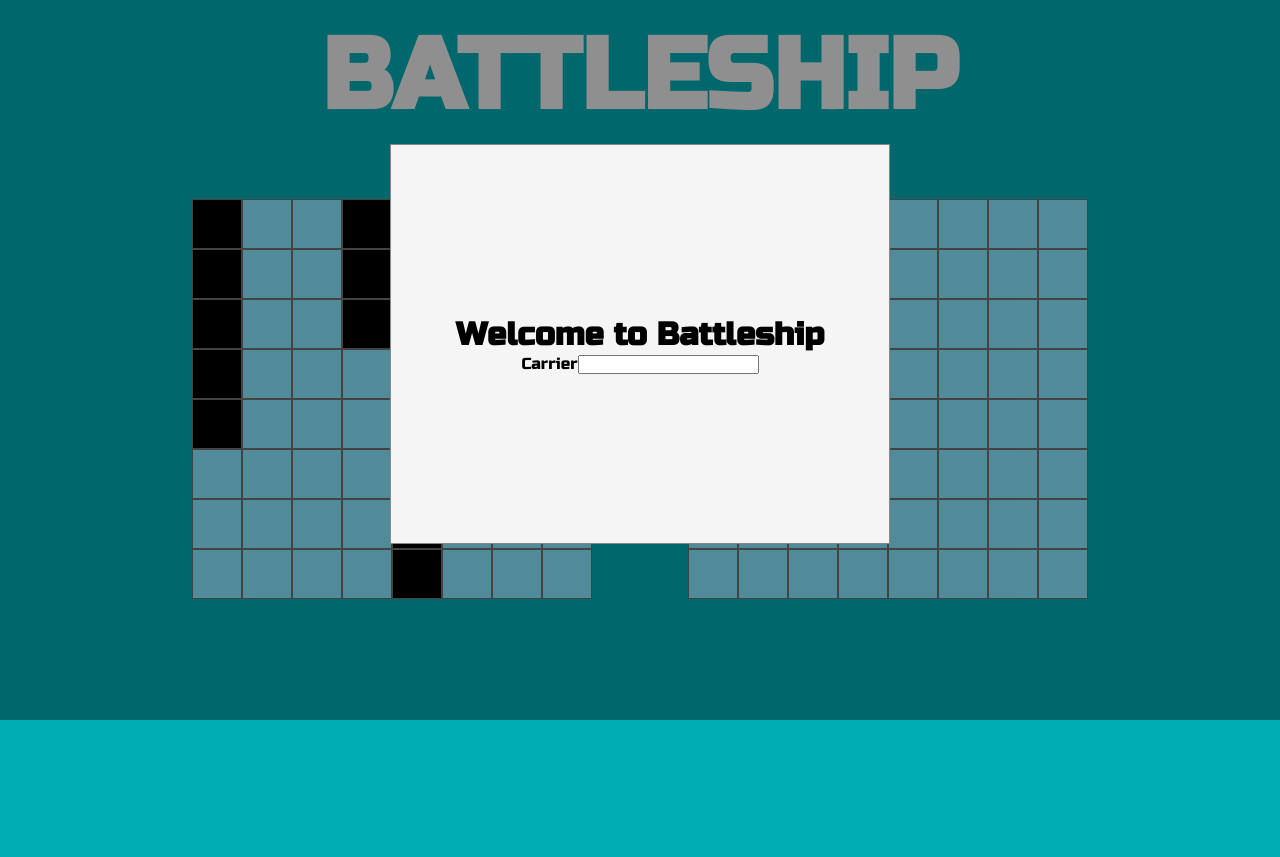
Repository: AzharMoosa/battleship
Page: /
These files come from the project's save history. The page is drawn as it stood at one moment and after the next save; the edit follows.
The browser window is 1280 px wide. The pictures show the whole page.
The project was rebuilt for these pictures with package versions that can differ from the ones it lists, and the page was loaded fresh each time.

Above is the page before, as saved 2020-07-09 10:06:47.

### src/App.js
import React from "react";
import Header from "./components/Header";
import Board from "./components/Board";
import { PlayersProvider } from "./context/PlayersContext";
import "./App.css";

function App() {
  return (
    <PlayersProvider>
      <div>
        <Header />
        <Board />
      </div>
    </PlayersProvider>
  );
}

export default App;

### src/components/Header.js
import React from "react";

const Header = () => {
  return (
    <div className='header'>
      <h1>Battleship</h1>
    </div>
  );
};

export default Header;

### src/components/Board.js
import React, { useState, Fragment } from "react";
import Square from "./Square";
import PlainSquare from "./PlainSquare";
import Player from "../functions/Player";
import Gameboard from "../functions/Gameboard";
import Overlay from "./Overlay";
import HitMiss from "./HitMiss";
import PlaceShip from "./PlaceShip";
import { v4 as uuidv4 } from "uuid";

const Board = () => {
  // eslint-disable-next-line
  const [player, setPlayer] = useState(Player(false));
  // eslint-disable-next-line
  const [computer, setComputer] = useState(Player(true));
  const [playerBoard, setPlayerBoard] = useState(Gameboard());
  const [computerBoard, setComputerBoard] = useState(Gameboard());
  const [playerTurn, setPlayerTurn] = useState(true);

  const getOutcome = (hit) => {
    let outcome = document.querySelector(".hit-miss-outcome");
    if (hit === true) {
      outcome.innerHTML = "Hit!";
    } else {
      outcome.innerHTML = "Miss!";
    }
  };

  const startGame = () => {
    playerBoard.placeShip(0, 0, player.ships[0], 1);
    playerBoard.placeShip(4, 4, player.ships[1], 1);
    playerBoard.placeShip(3, 0, player.ships[2], 1);
    playerBoard.placeShip(5, 0, player.ships[3], 1);
    playerBoard.placeShip(7, 0, player.ships[4], 1);

    computerBoard.placeShip(0, 0, computer.ships[0], 0);
    computerBoard.placeShip(4, 2, computer.ships[1], 0);
    computerBoard.placeShip(0, 3, computer.ships[2], 0);
    computerBoard.placeShip(3, 5, computer.ships[3], 0);
    computerBoard.placeShip(0, 7, computer.ships[4], 0);
  };

  const getBoardElm = (elm) => {
    if (elm !== "") {
      return "square ship";
    } else {
      return "square";
    }
  };

  const displayModal = (name) => {
    let modal = document.querySelector(".modal");
    let title = document.querySelector(".winner-name");
    let overlay = document.querySelector(".overlay");
    modal.style.display = "block";
    overlay.style.display = "none";
    if (name === "Computer") {
      title.innerHTML = "Computer Wins";
    } else if (name === "Player") {
      title.innerHTML = "Player Wins";
    }
  };

  const resetGame = () => {
    setPlayer(Player(false));
    setComputer(Player(true));
    setPlayerBoard(Gameboard());
    setComputerBoard(Gameboard());
    setPlayerTurn(true);
    let modal = document.querySelector(".modal");
    let overlay = document.querySelector(".overlay");
    let outcome = document.querySelector(".hit-miss-outcome");
    modal.style.display = "none";
    overlay.style.display = "grid";
    outcome.innerHTML = "";
  };

  const gameOver = () => {
    if (playerBoard.allShipSunk(player.ships)) {
      displayModal("Computer");
    } else if (computerBoard.allShipSunk(computer.ships)) {
      displayModal("Player");
    }
  };

  const attackComputer = (e) => {
    if (playerTurn === true) {
      let updatedBoard = computerBoard;
      // Get Coord
      let coords = e.target.id.split(",");
      let x = coords[1];
      let y = coords[0];
      player.attackEnemy(updatedBoard, parseInt(x), parseInt(y));
      if (computerBoard.grid[x][y] === "") {
        e.target.classList.add("ship-miss");
        getOutcome(false);
      } else {
        e.target.classList.add("ship-hit");
        getOutcome(true);
      }
      setComputerBoard(updatedBoard);
      setPlayerTurn(false);
    }
    computerTurn();
  };

  const computerTurn = () => {
    if (playerTurn === true) {
      let updatedBoard = playerBoard;
      let randomCoords = computer.getRandomCoords();
      let square = document.getElementById(randomCoords);
      let coords = randomCoords.split(",");
      let x = coords[1];
      let y = coords[0];
      computer.computerAttack(updatedBoard, x, y);
      if (playerBoard.grid[x][y] === "") {
        square.classList.add("ship-miss");
      } else {
        square.classList.add("ship-hit");
      }
      gameOver();
      setPlayerBoard(updatedBoard);
      setPlayerTurn(true);
    }
  };

  return (
    <Fragment>
      <PlaceShip />
      <div className='container'>
        <HitMiss />
        <div className='game-boards'>
          {startGame()}
          <div className='game-board'>
            {playerBoard.grid.map((col, j) =>
              col.map((elm, i) => (
                <Square
                  key={uuidv4()}
                  elm={elm}
                  getBoardElm={getBoardElm}
                  id={`${i},${j}`}
                />
              ))
            )}
          </div>

          <div className='comp'>
            <div className='game-board comp-board'>
              {computerBoard.grid.map((col, j) =>
                col.map((elm, i) => (
                  <Square
                    key={uuidv4()}
                    elm={elm}
                    getBoardElm={getBoardElm}
                    attackComputer={attackComputer}
                    id={`${i},${j}`}
                  />
                ))
              )}
            </div>
            <div className='overlay game-board'>
              {computerBoard.grid.map((col, j) =>
                col.map((elm, i) => <PlainSquare key={uuidv4()} />)
              )}
            </div>
          </div>
        </div>
        <Overlay resetGame={resetGame} />
      </div>
    </Fragment>
  );
};

export default Board;

### src/context/PlayersContext.js
import React, { useState, createContext } from "react";
import Player from "../functions/Player";
import Gameboard from "../functions/Gameboard";

export const PlayersContext = createContext();

export const PlayersProvider = (props) => {
  const [players, usePlayers] = useState([
    // Player
    {
      player: Player(false),
      board: Gameboard(),
    },
    // Computer
    {
      player: Player(true),
      board: Gameboard(),
    },
  ]);

  return (
    <PlayersContext.Provider value={[players, usePlayers]}>
      {props.children}
    </PlayersContext.Provider>
  );
};

### src/App.css
@import url("https://fonts.googleapis.com/css2?family=Russo+One&display=swap");

:root {
  --bg-primary: #00adb5;
  --bg-light: #eeeeee;
  --bg-dark: #222831;
}

* {
  margin: 0;
  padding: 0;
  box-sizing: border-box;
}

body {
  font-family: "Russo One", sans-serif;
  background-color: var(--bg-primary);
}

.header {
  text-align: center;
}

.header h1 {
  color: var(--bg-light);
  font-size: 100px;
  text-transform: uppercase;
  margin-top: 1rem;
}

.game-boards {
  display: flex;
  align-items: center;
  justify-content: space-between;
  width: 70%;
  height: 55vh;
  margin: 3rem auto;
}

.game-board {
  display: grid;
  grid-template-columns: repeat(8, 1fr);
  width: 400px;
  height: 400px;
}

.square {
  border: 1px solid #707070;
  background-color: rgb(136, 231, 255);
  width: 50px;
  height: 50px;
  pointer-events: auto !important;
  cursor: pointer;
}

.plain-square {
  border: 1px solid #707070;
  background-color: rgb(136, 231, 255);
  width: 50px;
  height: 50px;
  pointer-events: none !important;
  cursor: pointer;
}

.ship {
  background-color: #000;
}

.ship-hit {
  background-color: rgb(255, 77, 77) !important;
  pointer-events: none !important;
}

.ship-miss {
  background-color: #fff !important;
  pointer-events: none !important;
}

.comp {
  display: grid;
}

.comp-board,
.overlay {
  grid-area: 1 / 1;
}

.container {
  display: flex;
  flex-direction: column;
  height: 100vh;
}

.overlay {
  pointer-events: none;
}

.start {
  /* display: none; */
  position: fixed;
  z-index: 1;
  left: 0;
  top: 0;
  width: 100%;
  height: 100%;
  background-color: rgb(0, 0, 0);
  background-color: rgba(0, 0, 0, 0.4);
}

.start-content {
  background-color: #f5f5f5;
  margin: 20vh auto;
  padding: 20px;
  border: 1px solid #888;
  width: 500px;
  height: 400px;
  display: flex;
  flex-direction: column;
  align-items: center;
  justify-content: center;
}

.modal {
  display: none;
  position: fixed;
  z-index: 1;
  left: 0;
  top: 0;
  width: 100%;
  height: 100%;
  background-color: rgb(0, 0, 0);
  background-color: rgba(0, 0, 0, 0.4);
}

.modal-content-results {
  background-color: #f5f5f5;
  margin: 30vh auto;
  padding: 20px;
  border: 1px solid #888;
  width: 400px;
  height: 200px;
  display: flex;
  flex-direction: column;
  align-items: center;
  justify-content: center;
}

.winner-name {
  text-align: center;
  margin-bottom: 2rem;
  font-size: 40px;
}

.btn-primary {
  background-color: var(--bg-dark);
  color: #fff;
  width: 150px;
  height: 50px;
  font-size: 20px;
  border: none;
  outline: none;
  font-family: "Russo One", sans-serif;
  border-radius: 20px;
  cursor: pointer;
}

.hit-miss {
  display: flex;
  align-items: center;
  justify-content: center;
  margin-top: 1rem;
}

.hit-miss-outcome {
  color: #fff;
  font-size: 50px;
}

@media (min-width: 1700px) {
  .game-boards {
    height: 70vh;
    width: 80%;
  }

  .game-board {
    width: 650px;
    height: 650px;
  }

  .square,
  .plain-square {
    width: 81.25px;
    height: 81.25px;
  }
}

@media (max-width: 1200px) {
  .game-boards {
    height: 70vh;
    width: 80%;
    display: flex;
    flex-direction: column;
  }

  .game-board {
    width: 500px;
    height: 500px;
  }

  .comp {
    margin-top: 3rem;
  }

  .square,
  .plain-square {
    width: 62.5px;
    height: 62.5px;
  }
}

@media (max-width: 768px) {
  .header h1 {
    font-size: 60px;
  }

  .game-boards {
    width: 80%;
    display: flex;
    flex-direction: column;
  }

  .game-board {
    width: 400px;
    height: 400px;
  }

  .comp {
    margin-top: 3rem;
  }

  .square,
  .plain-square {
    width: 50px;
    height: 50px;
  }
}

@media (max-width: 414px) {
  .header h1 {
    font-size: 40px;
  }

  .game-boards {
    width: 70%;
    display: flex;
    flex-direction: column;
  }

  .game-board {
    width: 300px;
    height: 300px;
  }

  .comp {
    margin-top: 3rem;
  }

  .square,
  .plain-square {
    width: 37.5px;
    height: 37.5px;
  }

  .modal-content-results {
    width: 300px;
  }

  .winner-name {
    font-size: 35px;
  }

  .btn-primary {
    background-color: var(--bg-dark);
    color: #fff;
    width: 150px;
    height: 50px;
    font-size: 20px;
    border: none;
    outline: none;
    font-family: "Russo One", sans-serif;
    border-radius: 20px;
    cursor: pointer;
  }
}

@media (max-width: 375px) {
  .header h1 {
    font-size: 35px;
  }

  .game-boards {
    width: 70%;
    display: flex;
    flex-direction: column;
  }

  .game-board {
    width: 280px;
    height: 280px;
  }

  .comp {
    margin-top: 3rem;
  }

  .square,
  .plain-square {
    width: 35px;
    height: 35px;
  }
}

@media (max-width: 320px) {
  .modal-content-results {
    width: 250px;
  }

  .winner-name {
    font-size: 30px;
  }
}

### src/components/Square.js
import React from "react";

const Square = ({ elm, attackComputer, getBoardElm, id }) => {
  return (
    <div className={getBoardElm(elm)} id={id} onClick={attackComputer}></div>
  );
};

export default Square;

### src/components/PlainSquare.js
import React from "react";

const PlainSquare = () => {
  return <div className='plain-square'></div>;
};

export default PlainSquare;

### src/functions/Player.js
import Ship from "./Ship";

const Player = (ai) => {
  let previousShots = [];

  // Create Ships
  let carrier = Ship("Carrier", 5);
  let battleship = Ship("Battleship", 4);
  let cruiser = Ship("Cruiser", 3);
  let submarine = Ship("Submarine", 3);
  let destroyer = Ship("Destroyer", 2);
  let ships = [carrier, battleship, cruiser, submarine, destroyer];

  const attackEnemy = (enemyBoard, x, y) => {
    if (!previousShots.includes([x, y])) {
      enemyBoard.receiveAttack(x, y);
      previousShots.push([parseInt(x), parseInt(y)]);
      return true;
    }
    return false;
  };

  const checkCoord = (x, y) => {
    previousShots.forEach((coords) => {
      if (
        parseInt(coords[1]) === parseInt(x) &&
        parseInt(coords[0]) === parseInt(y)
      ) {
        return true;
      }
    });
    return false;
  };

  const getRandomCoords = (gameboard) => {
    let maximum = 7;
    let minimum = 0;
    let x = 0;
    let y = 0;

    do {
      x = Math.floor(Math.random() * (maximum - minimum + 1)) + minimum;
      y = Math.floor(Math.random() * (maximum - minimum + 1)) + minimum;
    } while (checkCoord(x, y));
    return `${x},${y}`;
  };

  const computerAttack = (enemyBoard, x, y) => {
    enemyBoard.receiveAttack(x, y);
    previousShots.push([x, y]);
  };

  return { previousShots, ships, attackEnemy, computerAttack, getRandomCoords };
};

export default Player;

### src/functions/Gameboard.js
const Gameboard = () => {
  let previousShots = [];
  const grid = new Array(8).fill("");
  for (let i = 0; i < grid.length; i++) {
    grid[i] = new Array(8).fill("");
  }

  const getGrid = () => {
    return grid;
  };

  const getPreviousShots = () => {
    return previousShots;
  };

  const placeShip = (x, y, ship, orientation) => {
    // Horizontal Orientation = 0
    // Vertical Orientation = 1

    // Check If Ship Fits
    let shipLength = ship.length;

    if (orientation === 0) {
      for (let i = x; i < x + ship.length; i++) {
        if (grid[y][i] !== "" || x + shipLength > 8) {
          return false;
        }
        grid[y][i] = ship;
        ship.setShipCoords(y, i);
      }
    } else if (orientation === 1) {
      for (let i = y; i < y + ship.length; i++) {
        if (grid[i][x] !== "" || y + shipLength > 8) {
          return false;
        }
        grid[i][x] = ship;
        ship.setShipCoords(i, x);
      }
    }
    return true;
  };

  const flatten = (arr) => {
    return arr.join(" |-| ");
  };

  const receiveAttack = (x, y) => {
    // Check if ship is at position
    if (grid[x][y] !== "") {
      let ship = grid[x][y];
      let shipCoords = ship.getShipCoords();
      let arrSearch = shipCoords.map((row) => {
        return flatten(row);
      });
      let pos = arrSearch.indexOf(flatten([x, y]));
      if (!ship.isHit(pos)) {
        ship.hit(pos);
        return true;
      }
    }
    previousShots.push([x, y]);
    return false;
  };

  const allShipSunk = (ships) => {
    for (let i = 0; i < ships.length; i++) {
      if (!ships[i].isSunk()) {
        return false;
      }
    }

    return true;
  };

  return {
    grid,
    previousShots,
    getGrid,
    placeShip,
    receiveAttack,
    getPreviousShots,
    allShipSunk,
  };
};

export default Gameboard;

### src/components/Overlay.js
import React from "react";

const Overlay = ({ resetGame }) => {
  return (
    <div className='modal'>
      <div className='modal-content-results'>
        <h1 className='winner-name'>Player Wins</h1>
        <button className='btn-primary' onClick={resetGame}>
          Restart
        </button>
      </div>
    </div>
  );
};

export default Overlay;

### src/components/HitMiss.js
import React from "react";

const HitMiss = () => {
  return (
    <div className='hit-miss'>
      <h1 className='hit-miss-outcome'>{}</h1>
    </div>
  );
};

export default HitMiss;

### src/components/PlaceShip.js
import React, { useState } from "react";

const PlaceShip = () => {
  const [carrier, setCarrier] = useState("");
  const [battleship, setBattleship] = useState("");
  const [cruiser, setCruiser] = useState("");
  const [submarine, setSubmarine] = useState("");
  const [destroyer, setDestroyer] = useState("");

  return (
    <div className='start'>
      <div className='start-content'>
        <h1>Welcome to Battleship</h1>
        <div className='coord-inputs'>
          <label htmlFor='carrier'>Carrier</label>
          <input
            type='text'
            onChange={(e) => setCarrier(e.target.value)}
            className='coord-input'
          />
        </div>
      </div>
    </div>
  );
};

export default PlaceShip;

### src/functions/Ship.js
const Ship = (name, length) => {
  // Fills ship with false
  const ship = new Array(length).fill(false);
  let shipCoords = [];

  // Hit
  const hit = (pos) => (ship[pos] = true);

  // If Ship Sunk
  const isSunk = () => {
    return ship.every((v) => v === true);
  };

  const isHit = (pos) => {
    return ship[pos] === true ? true : false;
  };

  // Returns ship
  const getShip = () => {
    return ship;
  };

  const setShipCoords = (x, y) => {
    shipCoords.push([x, y]);
  };

  const getShipCoords = () => {
    return shipCoords;
  };

  return {
    name,
    ship,
    length,
    hit,
    isSunk,
    isHit,
    getShip,
    setShipCoords,
    getShipCoords,
  };
};

export default Ship;

Loaded but not shown: public/index.html (common file); src/index.js (common file)

After the next save:
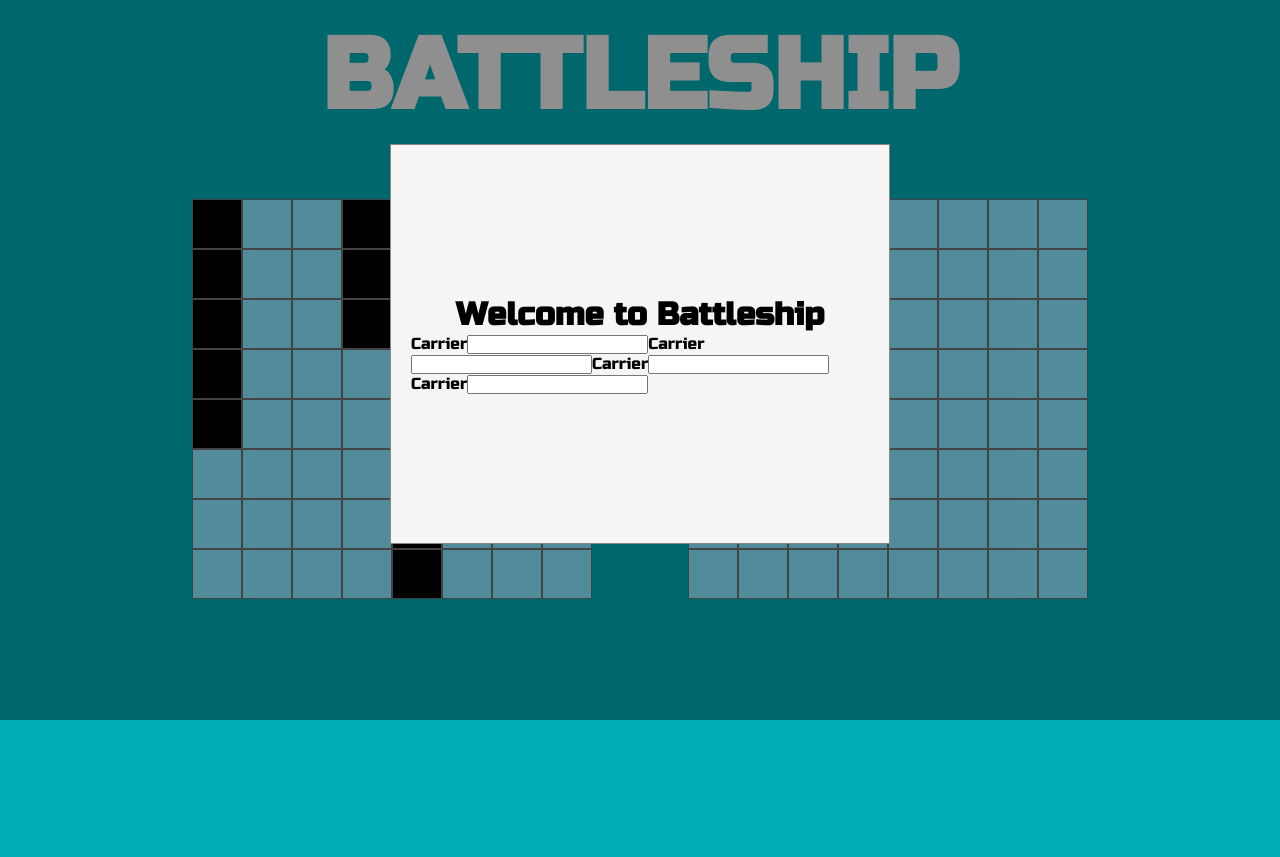
Saved 8 s later.
--- a/src/components/PlaceShip.js
+++ b/src/components/PlaceShip.js
@@ -18,6 +18,24 @@ const PlaceShip = () => {
             onChange={(e) => setCarrier(e.target.value)}
             className='coord-input'
           />
+          <label htmlFor='carrier'>Carrier</label>
+          <input
+            type='text'
+            onChange={(e) => setCarrier(e.target.value)}
+            className='coord-input'
+          />
+          <label htmlFor='carrier'>Carrier</label>
+          <input
+            type='text'
+            onChange={(e) => setCarrier(e.target.value)}
+            className='coord-input'
+          />
+          <label htmlFor='carrier'>Carrier</label>
+          <input
+            type='text'
+            onChange={(e) => setCarrier(e.target.value)}
+            className='coord-input'
+          />
         </div>
       </div>
     </div>
